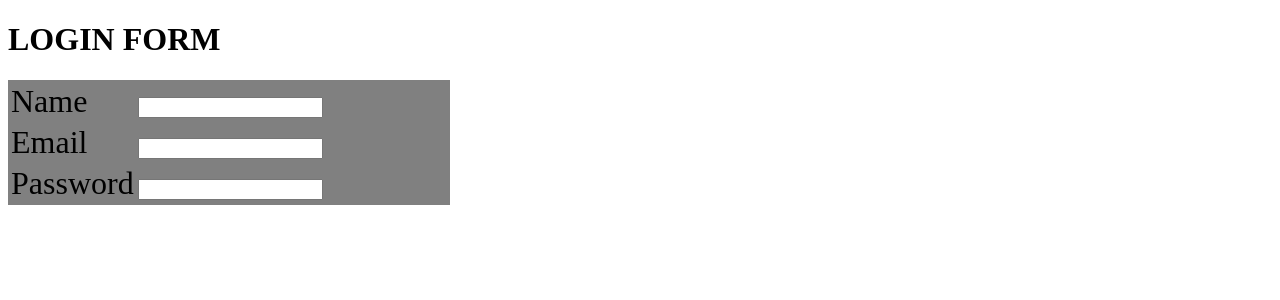
Repository: obusakthi539/Loginform
Page: Login.html
The author's editor kept a copy of each file at every save. The page is drawn from the files as they stood at one save, then again after a run of saves.
The browser window is 1280 px wide. The pictures show the whole page.

Above is the page before, as saved 2025-01-10 17:56:59.

After the next 4 saves:
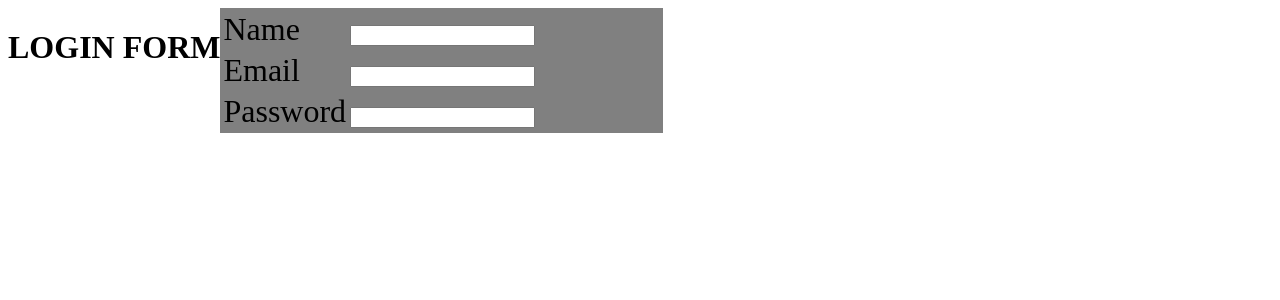
The 4 saves are shown as one change because they came seconds apart.
The last was saved 11 s later.
--- a/Login.html
+++ b/Login.html
@@ -6,7 +6,8 @@
     <title>Document</title>
     <style>
         body{
-
+             display: flex;
+             fl
         }
         .a{
             background-color:gray;
